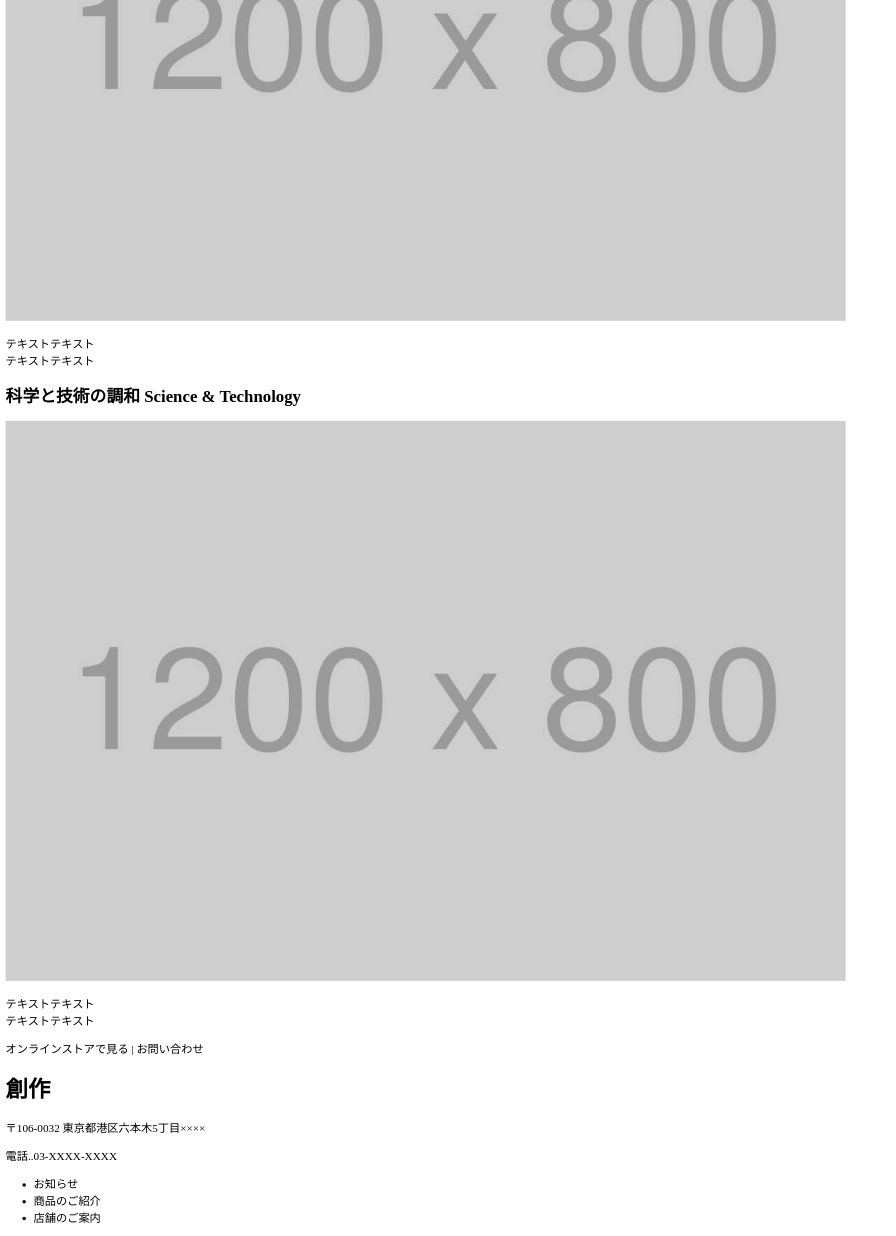
Repository: Fuki-san/wagashi
Page: http://localhost/wagashi
An editor plug-in stored every save of this project. The page is shown before and after the next save, followed by the edit.
The browser window is 1280 px wide. The pictures show the part of the page from y = 996 to 2916 px (the page is 2762 px tall before and 2916 px after), at 70% of full size.
The page is served by the project's Laravel application, run on PHP 8.4 with Laravel 10. Other server files are loaded and not shown.

Above is the page before, as saved 2023-12-02 18:56:26.

### routes/web.php
<?php

use Illuminate\Support\Facades\Route;
use Spatie\FlareClient\View;

/*
|--------------------------------------------------------------------------
| Web Routes
|--------------------------------------------------------------------------
|
| Here is where you can register web routes for your application. These
| routes are loaded by the RouteServiceProvider and all of them will
| be assigned to the "web" middleware group. Make something great!
|
*/

Route::get('/', function () {
    return view('welcome');
});

Route::get('wagashi', function() {
    return View('wagashi');
})->name('wagashi');

### resources/views/wagashi.blade.php
@extends('layouts.main')

@section('title', 'wagashi')

@section('content')
    <header id="header">
        <h1 class="site-title"><a href="#"><img src="img/logo.svg" alt=""></a></h1>
        <nav id="nav">
            <ul>
                <li><a href="#news">お知らせ</a></li>
                <li><a href="#products1">商品のご紹介</a></li>
                <li><a href="#shop">店舗のご案内</a></li>
            </ul>
        </nav>
        <div class="onlinestore"><a href="#" target="_blank" rel="noopener noreferrer">オンラインストアで見る</a></div>
    </header>

    <main>
        <section id="news" class="wrapper">

            <h2 class="sec-title">
                <span class="en">News</span>
                <span class="ja">お知らせ</span>
            </h2>

            <dl class="list">
                <dt>2021.01.01</dt>
                <dd>タイトルタイトルタイトル</dd>
                <dt>2021.01.01</dt>
                <dd>タイトルタイトルタイトル</dd>
                <dt>2021.01.01</dt>
                <dd>タイトルタイトルタイトル</dd>
                <dt>2021.01.01</dt>
                <dd>タイトルタイトルタイトル</dd>
                <dt>2021.01.01</dt>
                <dd>タイトルタイトルタイトル</dd>
            </dl>
        </section>

        <section id="products1" class="wrapper">
            <h2 class="site-title">
                <span class="ja">新しい価値の創造</span>
                <span class="en">Create New Values</span>
            </h2>

            <div class="img">
                <img src="img/products1.jpg" alt="">
                <p class="text">テキストテキスト<br>テキストテキスト</p>
            </div>
        </section>

        <section id="products2" class="wrapper">
            <h2 class="sec-title">
                <span class="ja">科学と技術の調和</span>
                <span class="en">Science & Technology</span>
            </h2>
            <div class="img">
                <img src="img/products2.jpg" alt="">
                <p class="text">テキストテキスト<br>テキストテキスト</p>
            </div>
        </section>

        <div id="shop">

        </div>

    </main>

    <footer id="footer">
        <div class="flex">
            <div>オンラインストアで見る | お問い合わせ</div>
            <div class="nav">
                <h1 class="site-title">創作</h1>
                <p>〒106-0032 東京都港区六本木5丁目××××</p>
                <p>電話..03-XXXX-XXXX</p>
                <nav>
                    <ul>
                        <li>お知らせ</li>
                        <li>商品のご紹介</li>
                        <li>店舗のご案内</li>
                    </ul>
                </nav>
            </div>
        </div>
    </footer>
@endsection

### resources/views/layouts/main.blade.php
<!DOCTYPE html>
<html lang="ja">
<head>
    <meta charset="UTF-8">
    <meta name="viewport" content="width=device-width, initial-scale=1.0">
    <meta http-equiv="X-UA-Compatible" content="ie=edge">
    <link rel="stylesheet" href="{{ asset('css/reset.css') }}">
    <link rel="stylesheet" href="{{ asset('css/style.css') }}">
    <link rel="icon" href="img/favicon.ico">
    <title>@yield('title')</title>
</head>
<body>
    @yield('content')
</body>
</html>

### public/img/logo.svg
<?xml version="1.0" encoding="utf-8"?>
<!-- Generator: Adobe Illustrator 15.1.0, SVG Export Plug-In . SVG Version: 6.00 Build 0)  -->
<!DOCTYPE svg PUBLIC "-//W3C//DTD SVG 1.1//EN" "http://www.w3.org/Graphics/SVG/1.1/DTD/svg11.dtd">
<svg version="1.1" id="レイヤー_1" xmlns="http://www.w3.org/2000/svg" xmlns:xlink="http://www.w3.org/1999/xlink" x="0px"
	 y="0px" width="57.4775391px" height="131.578125px" viewBox="0 0 57.4775391 131.578125"
	 style="enable-background:new 0 0 57.4775391 131.578125;" xml:space="preserve">
<style type="text/css">
<![CDATA[
	.st0{fill:#FFFFFF;}
]]>
</style>
<g>
	<path class="st0" d="M28.3789063,35.8789063l6.5400391,4.859375c-0.3603516,0.4804688-1.2001953,1.0800781-2.3398438,1.2607422
		v12.0595703c-0.0605469,0.359375-3.4199219,1.5-5.5195313,1.5h-1.0800781v-3.6601563H15.2998047v2.6992188
		c0,0.4208984-1.9199219,1.8007813-5.1601563,1.8007813H9.0595703v-10.5
		c-1.7392578,3.2402344-4.2597656,6.2998047-7.9189453,8.8798828l-0.6005859-0.6005859c5.5205078-8.21875,6-18.4785156,6-26.7587891
		v-9.1191406c-1.9199219,1.3798828-3.9599609,2.5800781-6.0595703,3.6591797L0,21.4199219
		C6.1796875,15.6601563,11.3994141,6.4199219,13.5,0l9.7197266,1.9804688
		c-0.2402344,0.7197266-0.7802734,1.0800781-2.3398438,1.3193359c20.5185547,3.7207031,13.3789063,15.9599609,7.9189453,11.8798828
		c-0.9599609-3.4199219-4.0195313-7.9794922-8.5195313-11.2792969c-2.0400391,3.1796875-4.7392578,6.5390625-7.9794922,9.6591797
		H19.5l2.9990234-3.8398438c0,0,3.4804688,2.6396484,5.5800781,4.5595703
		c-0.1796875,0.6601563-0.7802734,0.9609375-1.6201172,0.9609375H11.7001953l-0.2402344-0.9003906
		c-1.1396484,1.0195313-2.3398438,2.0400391-3.5400391,2.9394531l6,2.2207031h10.9189453l3.0605469-3.3603516L34.4384766,21
		c-0.359375,0.4794922-1.2597656,1.0195313-2.4599609,1.3193359v11.9394531
		c-0.0595703,0.3603516-3.359375,1.5605469-5.4589844,1.5605469h-1.0800781v-1.8007813H12.5400391
		C12.4199219,35.21875,12.2402344,36.4189453,12,37.6787109l4.0800781,1.5595703h9.2988281L28.3789063,35.8789063z
		 M25.4394531,32.3388672v-4.6796875H12.8994141c0,1.4404297-0.0595703,3-0.1796875,4.6796875H25.4394531z M12.8994141,21.1796875
		v4.7998047h12.5400391v-4.7998047H12.8994141z M25.9794922,50.1582031v-9.2392578H15.2998047v9.2392578H25.9794922z
		 M43.2587891,41.7587891c0,0.6601563-2.6396484,1.859375-4.9199219,1.859375h-1.1396484V5.2197266L45.2988281,6
		c-0.1201172,0.7802734-0.6005859,1.3203125-2.0400391,1.5605469V41.7587891z M56.7578125,2.1005859
		C56.578125,3,55.9785156,3.6005859,54.5380859,3.7802734v44.8183594c0,4.6796875-0.9599609,7.3193359-8.4599609,8.0390625
		c-0.1796875-2.0996094-0.4794922-3.6591797-1.3798828-4.7392578c-0.9599609-1.0205078-2.2197266-1.7998047-5.0996094-2.2197266
		v-0.8408203c0,0,5.9394531,0.3603516,7.2001953,0.3603516c0.9599609,0,1.2597656-0.2998047,1.2597656-1.0800781V1.2001953
		L56.7578125,2.1005859z"/>
	<path class="st0" d="M17.4599609,94.0800781c-0.1806641,0.5390625-0.7207031,0.9589844-1.8603516,1.1992188v34.2587891
		c-0.1201172,0.5400391-3,2.0400391-5.7597656,2.0400391H8.5195313v-31.3789063
		c-2.3994141,2.7597656-4.9794922,5.1601563-7.7392578,7.2001953l-0.7197266-0.5400391
		c5.3398438-7.5,10.9189453-19.6796875,13.9189453-31.6787109l9.5400391,3.1796875
		c-0.2998047,0.7802734-1.0800781,1.2597656-2.4003906,1.2001953c-2.0400391,4.859375-4.3798828,9.2988281-6.9589844,13.3193359
		L17.4599609,94.0800781z M39.9589844,89.7597656v11.0996094h4.7998047l3.6591797-4.7998047
		c0,0,4.140625,3.2998047,6.7197266,5.5800781c-0.1796875,0.6591797-0.8398438,0.9599609-1.6796875,0.9599609H39.9589844v11.3388672
		h5.1591797l4.0205078-5.2197266c0,0,4.4394531,3.5400391,7.1992188,5.9404297
		c-0.1796875,0.6591797-0.8398438,0.9599609-1.7402344,0.9599609H39.9589844v14.0390625
		c0,0.4199219-2.2207031,1.859375-5.9404297,1.859375h-1.3193359V89.7597656h-1.4404297
		c-3.8994141,5.8798828-8.3994141,10.6796875-13.4394531,14.2792969l-0.6601563-0.4794922
		c4.6201172-6.7802734,9.6601563-17.6992188,12.3603516-28.3193359l9.6591797,3.4199219
		c-0.2998047,0.7802734-1.0800781,1.2597656-2.4599609,1.1396484c-1.3798828,2.9404297-2.8203125,5.7597656-4.4394531,8.3398438
		h14.0996094l3.9589844-5.1591797c0,0,4.4404297,3.4794922,7.1396484,5.8193359
		c-0.1796875,0.6601563-0.8398438,0.9599609-1.6796875,0.9599609H39.9589844z"/>
</g>
</svg>

Loaded but not shown: public/css/style.css (no copy from this time; the picture is the same without it)

After the next save:
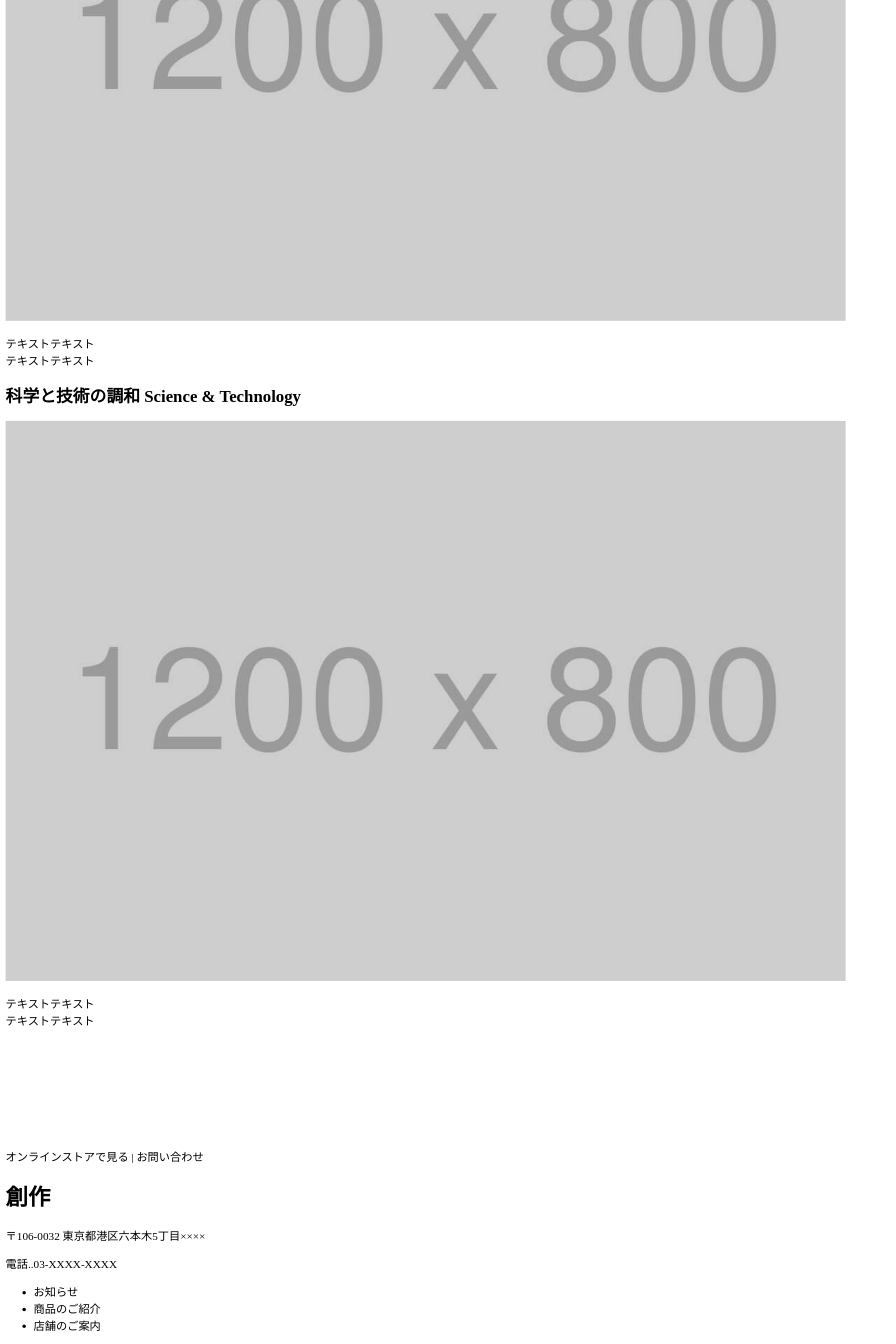
Saved 5 s later.
--- a/resources/views/wagashi.blade.php
+++ b/resources/views/wagashi.blade.php
@@ -61,7 +61,7 @@
         </section>
 
         <div id="shop">
-
+            <iframe src="" frameborder="0"></iframe>
         </div>
 
     </main>
